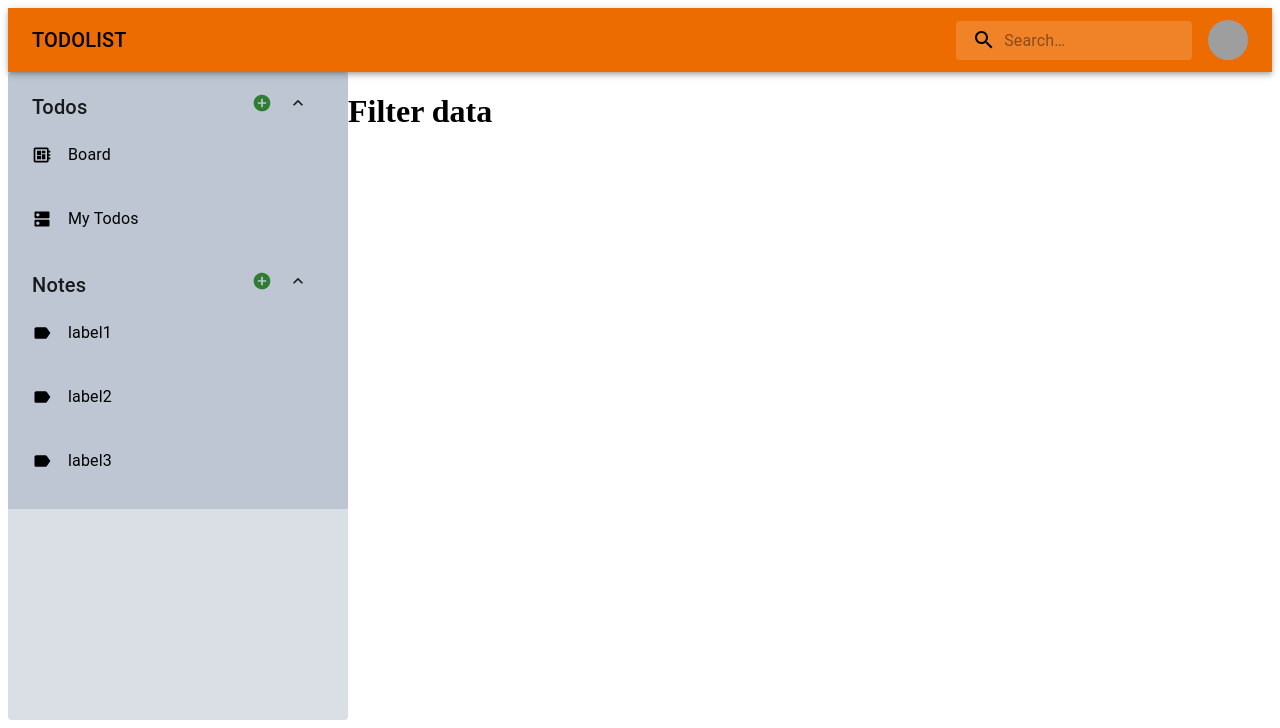
Repository: HrishrathTBS/Trackerbea
Page: / (app in client/)
An editor plug-in stored every save of this project. The page is shown before and after the next save, followed by the edit.
The browser window is 1280 px wide. The pictures show the whole page.
Pictures or frames that could not be fetched are drawn as grey boxes. The project was rebuilt for these pictures with package versions that can differ from the ones it lists, and the page was loaded fresh each time. Also part of the build but not shown: client/src/components/TodoList.js, client/src/components/Board.js, client/src/components/ListOfBar.js, client/src/components/MyTodos.js, client/src/pages/Label/Label1.js, client/src/pages/Label/Label2.js, client/src/pages/Label/Label3.js.

Above is the page before, as saved 2022-03-10 11:00:48.

### client/public/index.html
<!DOCTYPE html>
<html lang="en">
  <head>
    <meta charset="utf-8" />
    <link rel="icon" href="%PUBLIC_URL%/favicon.ico" />
    <meta name="viewport" content="width=device-width, initial-scale=1" />
    <meta name="theme-color" content="#000000" />
    <meta
      name="description"
      content="Web site created using mernboilerplate"
    />
    <link rel="apple-touch-icon" href="%PUBLIC_URL%/logo192.png" />
    <!--
      manifest.json provides metadata used when your web app is installed on a
      user's mobile device or desktop. See https://developers.google.com/web/fundamentals/web-app-manifest/
    -->
    <link rel="manifest" href="%PUBLIC_URL%/manifest.json" />
    <!--
      Notice the use of %PUBLIC_URL% in the tags above.
      It will be replaced with the URL of the `public` folder during the build.
      Only files inside the `public` folder can be referenced from the HTML.

      Unlike "/favicon.ico" or "favicon.ico", "%PUBLIC_URL%/favicon.ico" will
      work correctly both with client-side routing and a non-root public URL.
      Learn how to configure a non-root public URL by running `npm run build`.
    -->
    <title>MERN App</title>
  </head>
  <body>
    <noscript>You need to enable JavaScript to run this app.</noscript>
    <div id="root"></div>
    <!--
      This HTML file is a template.
      If you open it directly in the browser, you will see an empty page.

      You can add webfonts, meta tags, or analytics to this file.
      The build step will place the bundled scripts into the <body> tag.

      To begin the development, run `npm start` or `yarn start`.
      To create a production bundle, use `npm run build` or `yarn build`.
    -->
  </body>
</html>

### client/src/App.js
import React from 'react';
import { BrowserRouter } from 'react-router-dom';
import AppRoutes from './UseRoutes';

const App = () => {
  return (
    <>
      <BrowserRouter>{<AppRoutes />}</BrowserRouter>
    </>
  );
};

export default App;

### client/src/UseRoutes.js
import React from 'react';
import { useRoutes } from 'react-router-dom';
import Board from './components/Board';
import Layout from './components/Layout';
import MyTodos from './components/MyTodos';
import Label1 from './pages/Label/Label1';
import Label2 from './pages/Label/Label2';
import Label3 from './pages/Label/Label3';
const AppRoutes = () => {
  return useRoutes([
    {
      path: '',
      element: <Layout />,
      children: [
        {
          path: 'board',
          element: <Board />,
        },
        {
          path: 'mytodos',
          element: <MyTodos />,
        },
        {
          path: 'label1',
          element: <Label1 />,
        },
        {
          path: 'label2',
          element: <Label2 />,
        },
        {
          path: 'label3',
          element: <Label3 />,
        },
      ],
    },
  ]);
};

export default AppRoutes;

### client/src/components/Layout.js
import React from 'react';
import { Outlet } from 'react-router-dom';
import Header from './Header';
import SideBar from './SideBar';

const Layout = () => {
  return (
    <>
      <Header />
      <div style={{ display: 'flex' }}>
        <SideBar />
        <h1>Filter data</h1>
        {<Outlet />}
      </div>
    </>
  );
};

export default Layout;

### client/src/components/Header.js
import * as React from 'react';
import AppBar from '@mui/material/AppBar';
import Box from '@mui/material/Box';
import Toolbar from '@mui/material/Toolbar';
import IconButton from '@mui/material/IconButton';
import Typography from '@mui/material/Typography';
import Menu from '@mui/material/Menu';
import MenuIcon from '@mui/icons-material/Menu';
import Container from '@mui/material/Container';
import Avatar from '@mui/material/Avatar';
import Tooltip from '@mui/material/Tooltip';
import MenuItem from '@mui/material/MenuItem';
import SearchIcon from '@mui/icons-material/Search';
import { styled, alpha } from '@mui/material/styles';
import { InputBase } from '@mui/material';

const pages = ['Header'];
const settings = ['Profile', 'Account', 'Dashboard', 'Logout'];

const Search = styled('div')(({ theme }) => ({
  position: 'relative',
  borderRadius: theme.shape.borderRadius,
  backgroundColor: alpha(theme.palette.common.white, 0.15),
  '&:hover': {
    backgroundColor: alpha(theme.palette.common.white, 0.25),
  },
  marginRight: theme.spacing(2),
  marginLeft: 0,
  width: '100%',
  [theme.breakpoints.up('sm')]: {
    marginLeft: theme.spacing(3),
    width: 'auto',
  },
}));
const SearchIconWrapper = styled('div')(({ theme }) => ({
  padding: theme.spacing(0, 2),
  height: '100%',
  position: 'absolute',
  pointerEvents: 'none',
  color: 'black',
  display: 'flex',
  alignItems: 'center',
  justifyContent: 'center',
}));
const StyledInputBase = styled(InputBase)(({ theme }) => ({
  color: 'black',
  '& .MuiInputBase-input': {
    padding: theme.spacing(1, 1, 1, 0),
    paddingLeft: `calc(1em + ${theme.spacing(4)})`,
    transition: theme.transitions.create('width'),
    width: '100%',
    [theme.breakpoints.up('md')]: {
      width: '20ch',
    },
  },
}));

const Header = () => {
  const [anchorElNav, setAnchorElNav] = React.useState(null);
  const [anchorElUser, setAnchorElUser] = React.useState(null);

  const handleOpenNavMenu = (event) => {
    setAnchorElNav(event.currentTarget);
  };
  const handleOpenUserMenu = (event) => {
    setAnchorElUser(event.currentTarget);
  };

  const handleCloseNavMenu = () => {
    setAnchorElNav(null);
  };

  const handleCloseUserMenu = () => {
    setAnchorElUser(null);
  };

  return (
    <AppBar position='static' color='warning'>
      <Container maxWidth='xl'>
        <Toolbar disableGutters>
          <Typography variant='h6' noWrap component='div' sx={{ mr: 2, display: { xs: 'none', md: 'flex', color: 'black' } }}>
            TODOLIST
          </Typography>
          <Box sx={{ flexGrow: 1, display: { xs: 'flex', md: 'none' } }}>
            <IconButton size='large' aria-label='account of current user' aria-controls='menu-appbar' aria-haspopup='true' onClick={handleOpenNavMenu} color='inherit'>
              <MenuIcon />
            </IconButton>
            <Menu
              id='menu-appbar'
              anchorEl={anchorElNav}
              anchorOrigin={{
                vertical: 'bottom',
                horizontal: 'left',
              }}
              keepMounted
              transformOrigin={{
                vertical: 'top',
                horizontal: 'left',
              }}
              open={Boolean(anchorElNav)}
              onClose={handleCloseNavMenu}
              sx={{
                display: { xs: 'block', md: 'none' },
              }}
            >
              {pages.map((page) => (
                <MenuItem key={page} onClick={handleCloseNavMenu}>
                  <Typography textAlign='center'>{page}</Typography>
                </MenuItem>
              ))}
            </Menu>
          </Box>

          <Typography variant='h6' noWrap component='div' sx={{ flexGrow: 1, display: { xs: 'flex', md: 'none' } }}>
            TODOLIST
          </Typography>
          <Box sx={{ flexGrow: 1, display: { xs: 'none', md: 'flex' } }}></Box>
          <Search>
            <SearchIconWrapper>
              <SearchIcon />
            </SearchIconWrapper>
            <StyledInputBase placeholder='Search…' inputProps={{ 'aria-label': 'search' }} />
          </Search>
          <Box sx={{ flexGrow: 0 }}>
            <Tooltip title='Open settings'>
              <IconButton onClick={handleOpenUserMenu} sx={{ p: 0 }}>
                <Avatar alt='Remy Sharp' src='/static/images/avatar/2.jpg' />
              </IconButton>
            </Tooltip>
            <Menu
              sx={{ mt: '45px' }}
              id='menu-appbar'
              anchorEl={anchorElUser}
              anchorOrigin={{
                vertical: 'top',
                horizontal: 'right',
              }}
              keepMounted
              transformOrigin={{
                vertical: 'top',
                horizontal: 'right',
              }}
              open={Boolean(anchorElUser)}
              onClose={handleCloseUserMenu}
            >
              {settings.map((setting) => (
                <MenuItem key={setting} onClick={handleCloseUserMenu}>
                  <Typography textAlign='center'>{setting}</Typography>
                </MenuItem>
              ))}
            </Menu>
          </Box>
        </Toolbar>
      </Container>
    </AppBar>
  );
};
export default Header;

### client/src/components/SideBar.js
import * as React from 'react';
import Box from '@mui/material/Box';
import { styled, ThemeProvider, createTheme } from '@mui/material/styles';
import Divider from '@mui/material/Divider';
import List from '@mui/material/List';
import Paper from '@mui/material/Paper';
import ListItem from './ListItem';
import People from '@mui/icons-material/People';
import Dns from '@mui/icons-material/Dns';
import LabelIcon from '@mui/icons-material/Label';
import DeveloperBoardIcon from '@mui/icons-material/DeveloperBoard';
const FireNav = styled(List)({
  '& .MuiListItemButton-root': {
    paddingLeft: 24,
    paddingRight: 24,
  },
  '& .MuiListItemIcon-root': {
    minWidth: 0,
    marginRight: 16,
  },
  '& .MuiSvgIcon-root': {
    fontSize: 20,
  },
});

export default function CustomizedList() {
  const [open, setOpen] = React.useState(true);

  const DataItem = [
    {
      label: 'Todos',
      data: [
        { icon: <DeveloperBoardIcon />, label: 'Board', link: '/board' },
        { icon: <Dns />, label: 'My Todos ', link: '/mytodos' },
      ],
    },
    {
      label: 'Notes',
      data: [
        { icon: <LabelIcon />, label: 'label1', link: '/label1' },
        { icon: <LabelIcon />, label: 'label2 ', link: '/label2' },
        { icon: <LabelIcon />, label: 'label3 ', link: '/label3' },
      ],
    },
  ];

  return (
    <Box sx={{ display: 'flex', height: '90vh' }}>
      <ThemeProvider
        theme={createTheme({
          components: {
            MuiListItemButton: {
              defaultProps: {
                disableTouchRipple: true,
              },
            },
          },
          palette: {
            background: { paper: 'rgba(71, 98, 130, 0.2)' },
          },
        })}
      >
        <Paper elevation={0} sx={{ maxWidth: 370 }}>
          <FireNav component='nav' disablePadding>
            <Divider />
            <Box
              sx={{
                bgcolor: open ? 'rgba(71, 98, 130, 0.2)' : null,
                pb: open ? 2 : 0,
              }}
            >
              {DataItem.map(({ data, label }) => (
                <ListItem data={data} label={label} />
              ))}
            </Box>
          </FireNav>
        </Paper>
      </ThemeProvider>
    </Box>
  );
}

### client/src/components/ListItem.js
import { Box, ListItemIcon, ListItemText } from '@mui/material';
import ListItemButton from '@mui/material/ListItemButton';
import AddCircleIcon from '@mui/icons-material/AddCircle';
import KeyboardArrowDown from '@mui/icons-material/KeyboardArrowDown';
import React from 'react';

const ListItem = ({ data, label }) => {
  const [open, setOpen] = React.useState(true);
  return (
    <>
      <ListItemButton
        alignItems='flex-start'
        sx={{
          px: 3,
          pt: 2.5,
          pb: open ? 0 : 2.5,
          '&:hover, &:focus': { '& svg': { opacity: open ? 1 : 1 } },
        }}
      >
        <ListItemText
          primary={label}
          primaryTypographyProps={{
            fontSize: 20,
            width: '220px',
            fontWeight: 'medium',
            lineHeight: '20px',
            mb: '2px',
          }}
        />
        <AddCircleIcon color='success' />
        <KeyboardArrowDown
          onClick={() => setOpen(!open)}
          sx={{
            opacity: 1,
            px: 2,
            transform: open ? 'rotate(-180deg)' : 'rotate(0)',
            transition: '0.5s',
          }}
        />
      </ListItemButton>
      <Box>
        {open &&
          data &&
          data.map((item) => (
            <ListItemButton key={item.label} sx={{ py: 2, minHeight: 32, color: 'rgba(0,0,0,1)', justifyContent: 'flex-start' }}>
              <ListItemIcon sx={{ color: 'inherit' }}>{item.icon}</ListItemIcon>
              <ListItemText>
                <a href={item.link} style={{ textDecoration: 'none', color: 'black' }}>
                  {item.label}
                </a>
              </ListItemText>
            </ListItemButton>
          ))}
      </Box>
    </>
  );
};
export default ListItem;

### client/src/components/Filter.js
import React from 'react';

const Filter = () => {
  return <div>Filter Data create</div>;
};

export default Filter;

Loaded but not shown: client/src/index.js (common file)

After the next save:
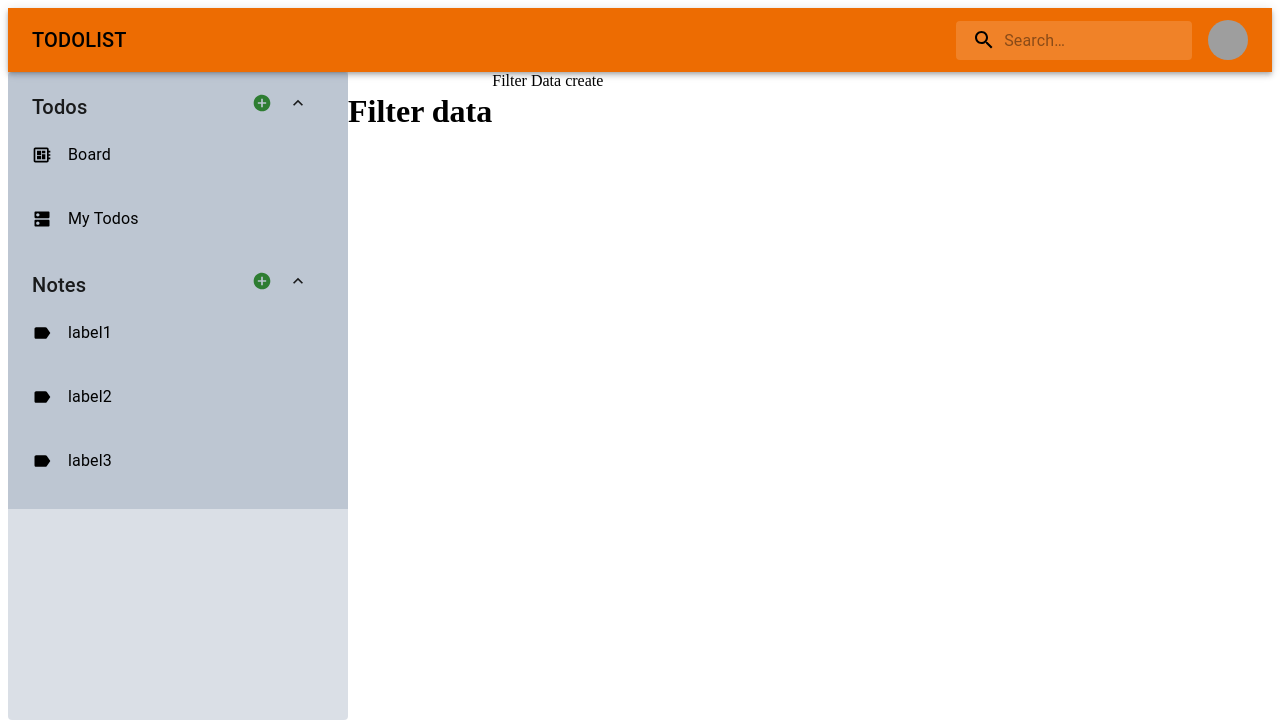
Saved 17 s later.
--- a/client/src/components/Layout.js
+++ b/client/src/components/Layout.js
@@ -1,5 +1,6 @@
 import React from 'react';
 import { Outlet } from 'react-router-dom';
+import Filter from './Filter';
 import Header from './Header';
 import SideBar from './SideBar';
 
@@ -10,6 +11,7 @@ const Layout = () => {
       <div style={{ display: 'flex' }}>
         <SideBar />
         <h1>Filter data</h1>
+        <Filter />
         {<Outlet />}
       </div>
     </>
